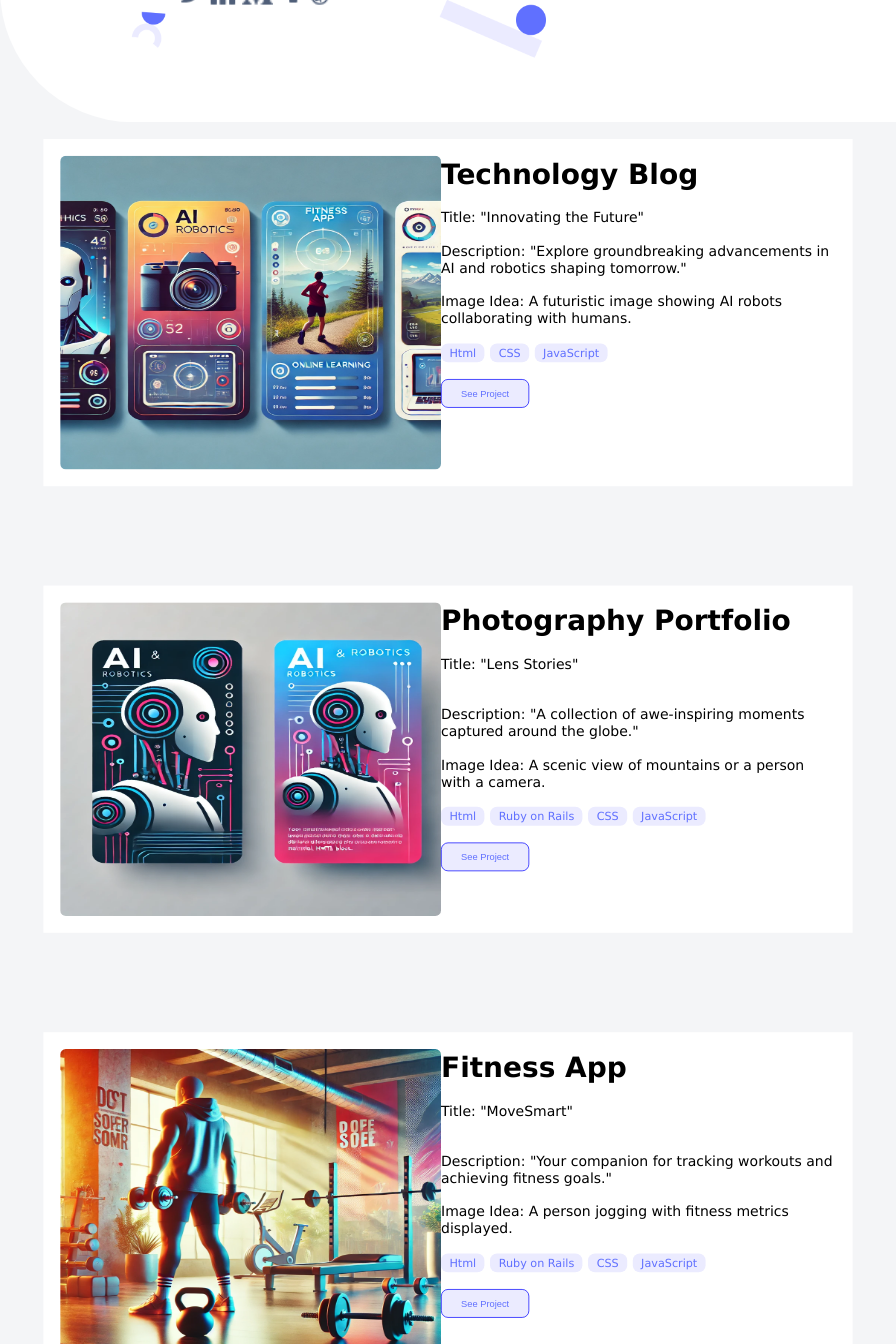
Repository: usman3123/portfolio-template-3
Page: portfolio.html
These files come from the project's save history. The page is drawn as it stood at one moment and after the next save; the edit follows.
The browser window is 1280 px wide. The pictures show the part of the page from y = 671 to 2591 px (the page is 3304 px tall before and 3000 px after), at 70% of full size.
Some web libraries are served in a nearby version.

Above is the page before, as saved 2025-01-25 14:20:33.

After the next save:
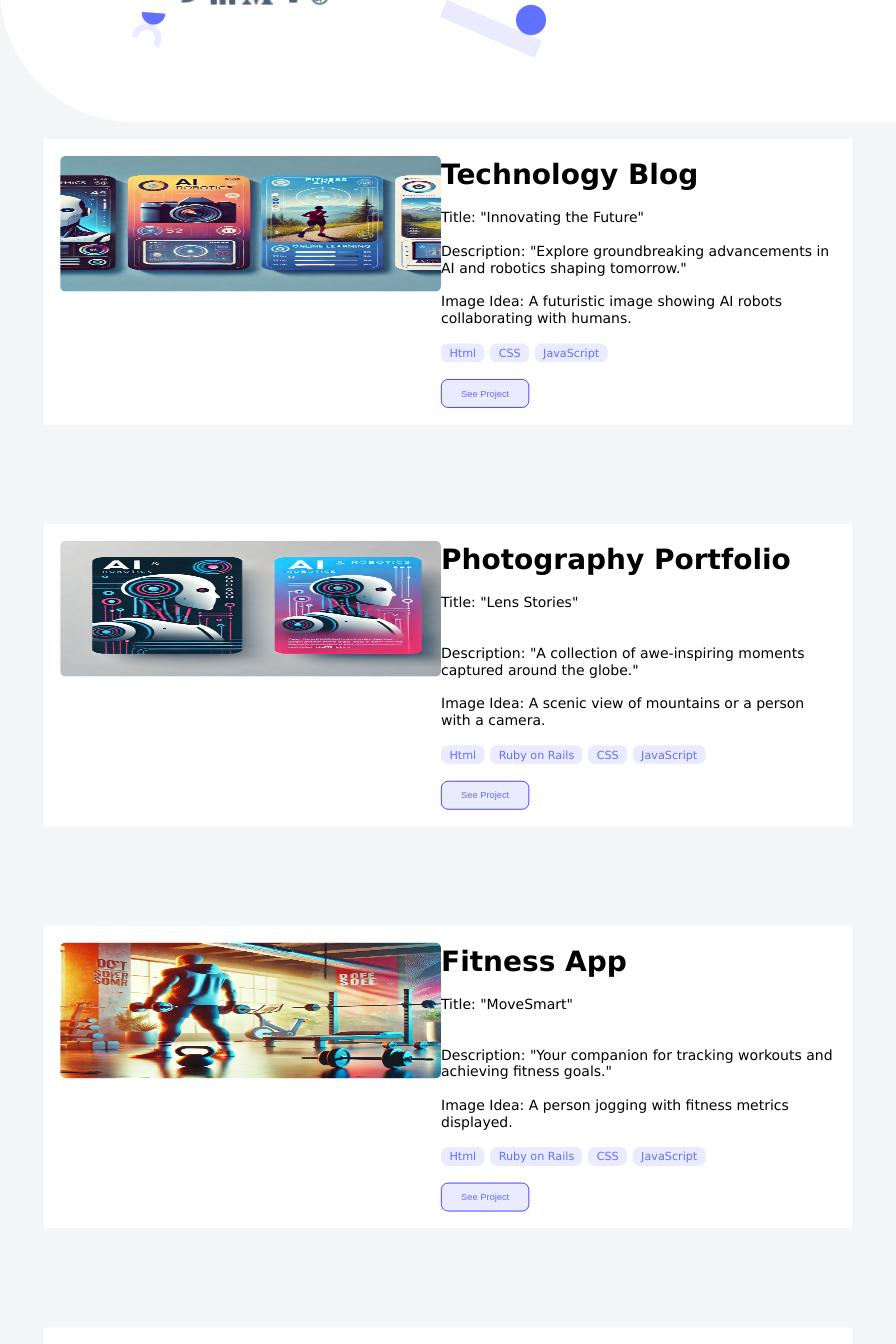
Saved 4 min 9 s later.
--- a/style.css
+++ b/style.css
@@ -217,6 +217,10 @@
     #nav-icon {
         display: none;
     }
+    .card-img {
+        width: 100%;
+        height: 27vh;
+    }
 }
 @media (min-width : 1441px) {
     .card-content {

After the save that followed:
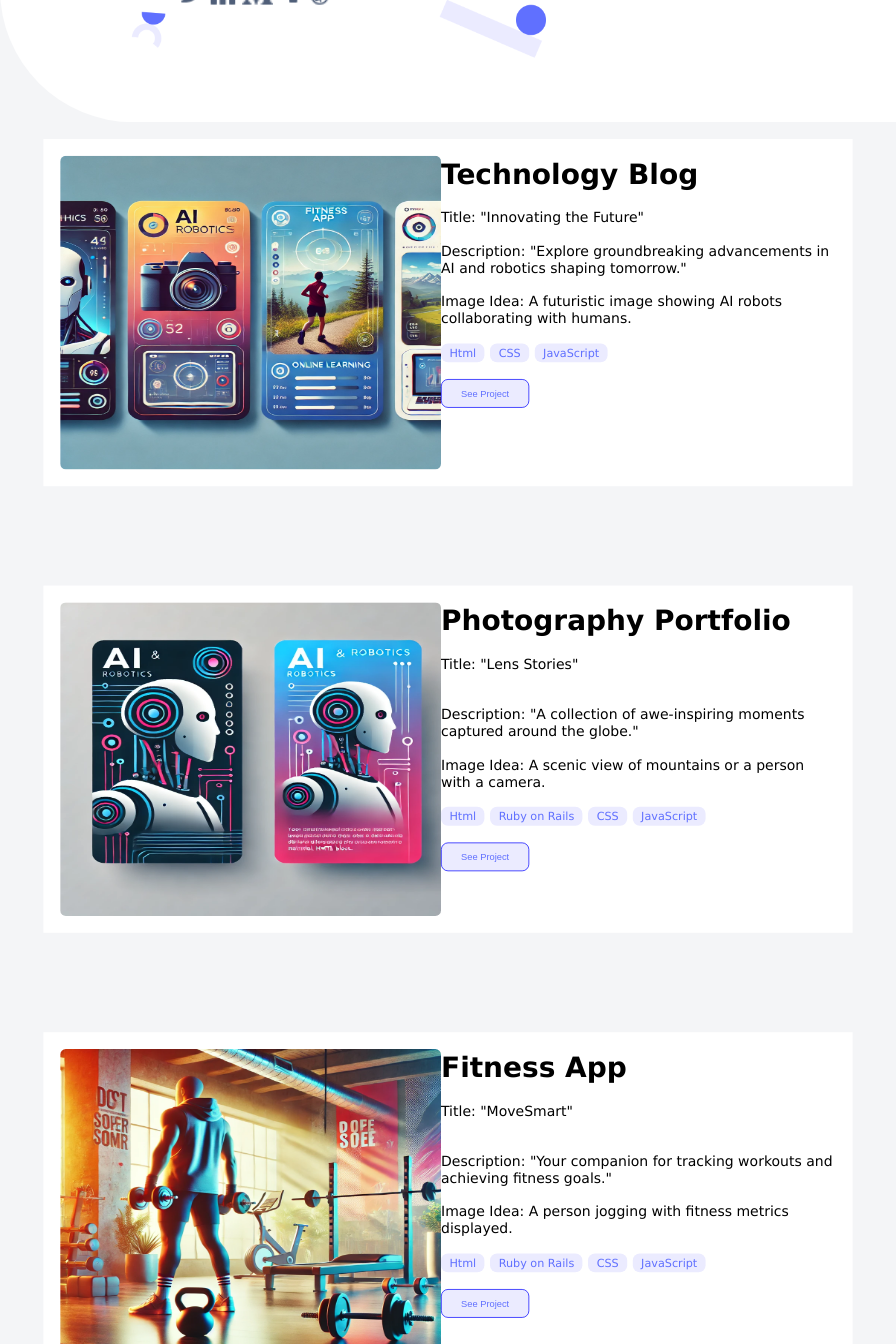
Saved 74 s later.
--- a/style.css
+++ b/style.css
@@ -209,6 +209,10 @@
     .hero-p {
         width: 100%;
     }
+    .card-img {
+        width: 100%;
+        height: 27vh;
+    }
 }
 @media (min-width : 700px) {
     .nav-links {
@@ -217,10 +221,7 @@
     #nav-icon {
         display: none;
     }
-    .card-img {
-        width: 100%;
-        height: 27vh;
-    }
+
 }
 @media (min-width : 1441px) {
     .card-content {
